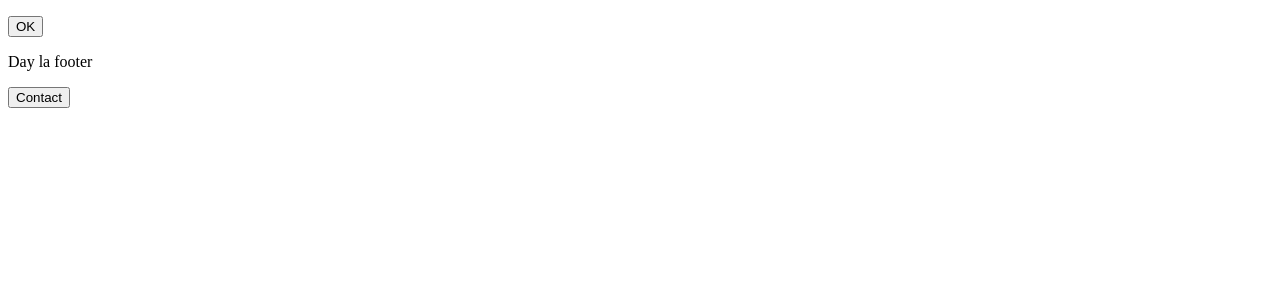
Repository: nguyenary/LeanSASS
Page: index.html
The author's editor kept a copy of each file at every save. The page is drawn from the files as they stood at one save, then again after the next save.
The browser window is 1280 px wide. The pictures show the whole page.
The style sheet was rebuilt from its Sass, Less or Tailwind sources for each picture, by a compiler version that may differ from the author's.

Above is the page before, as saved 2021-09-04 22:38:39.

### index.html
<!DOCTYPE html>
<html lang="en">
<head>
    <meta charset="UTF-8">
    <meta http-equiv="X-UA-Compatible" content="IE=edge">
    <meta name="viewport" content="width=device-width, initial-scale=1.0">
    <link rel="stylesheet" href="style/index.css">
    <title>Document</title>
</head>
<body>
    <header>
        <p></p>
    </header>
    <section>
        <p></p>
        <button class="btn">OK</button>
    </section>
    <footer>
        <p>Day la footer</p>
        <button>Contact</button>
    </footer>
</body>
</html>

### style/index.scss
header {
    background-color: blue;
}

After the next save:
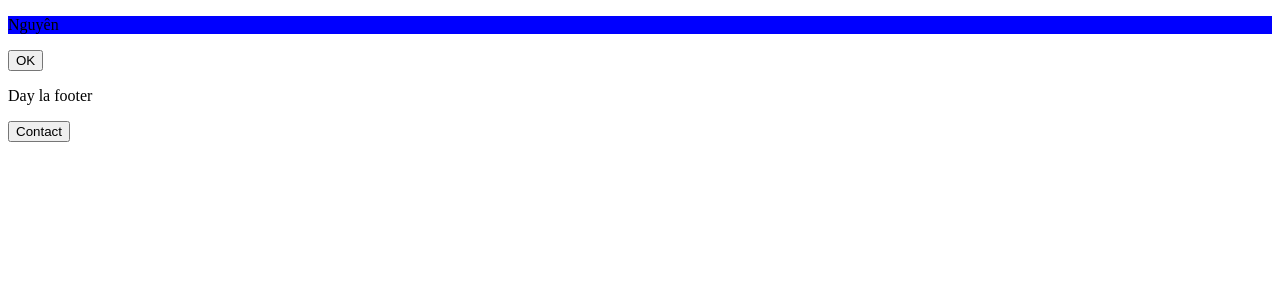
Saved 33 s later.
--- a/index.html
+++ b/index.html
@@ -9,7 +9,7 @@
 </head>
 <body>
     <header>
-        <p></p>
+        <p>Nguyên</p>
     </header>
     <section>
         <p></p>
